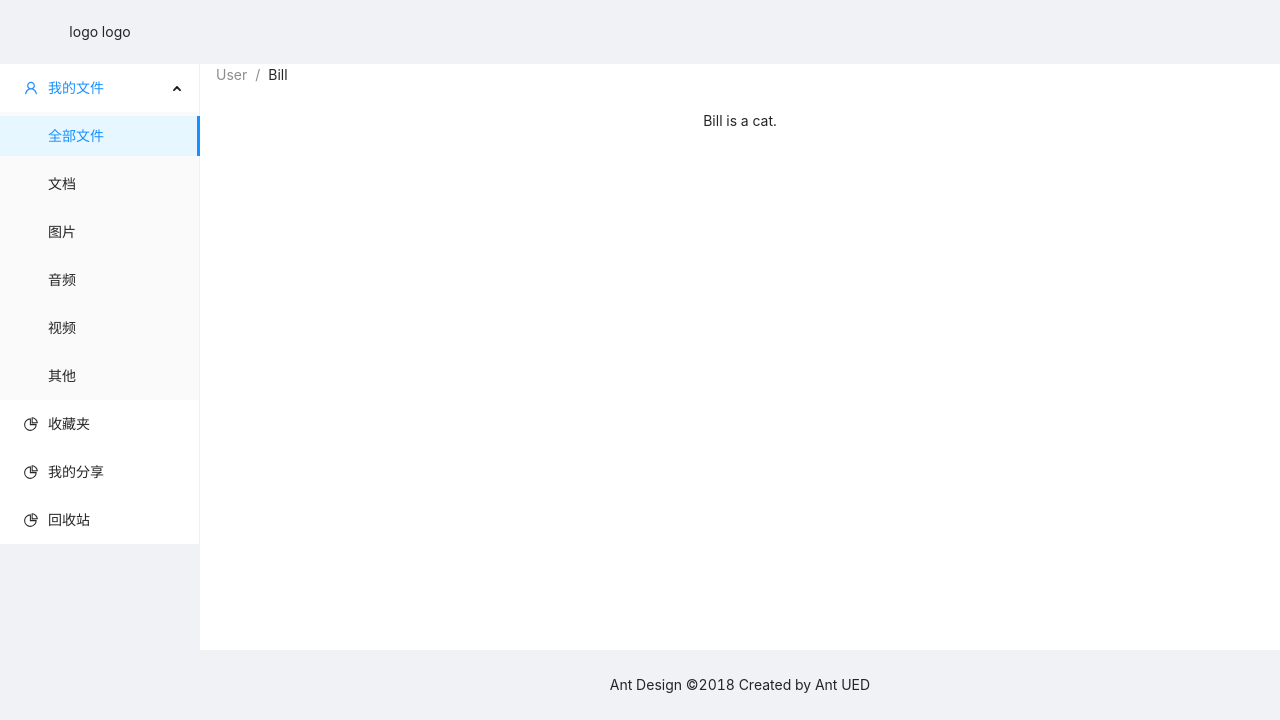
Repository: xstnet/starfire-cloud-fe
Page: /
These files come from the project's save history. The page is drawn as it stood at one moment and after the next save; the edit follows.
The browser window is 1280 px wide. The pictures show the whole page.
The project was rebuilt for these pictures with package versions that can differ from the ones it lists, and the page was loaded fresh each time. Also part of the build but not shown: craco.config.js.

Above is the page before, as saved 2021-09-12 19:12:29.

### src/index.js
import React from 'react';
import ReactDOM from 'react-dom';
import './index.css';
import App from './App';
import reportWebVitals from './reportWebVitals';

// ReactDOM.render(
//   <React.StrictMode>
//     <App />
//   </React.StrictMode>,
//   document.getElementById('root')
// );

ReactDOM.render(
  <App />,
  document.getElementById('root')
);

// If you want to start measuring performance in your app, pass a function
// to log results (for example: reportWebVitals(console.log))
// or send to an analytics endpoint. Learn more: https://bit.ly/CRA-vitals
reportWebVitals();

### src/App.js
import React from 'react';
// import { Button } from 'antd';
import './App.css';
import MainLayout from './page/layout/main'

const App = () => (
  <div className="App">
    <MainLayout></MainLayout>
  </div>
);

export default App;

### src/page/layout/main.jsx
import React from 'react';
import { Layout, Menu, Breadcrumb } from 'antd';
import {
  PieChartOutlined,
  UserOutlined,
} from '@ant-design/icons';
import './main.less';

const { Header, Content, Footer, Sider } = Layout;
const { SubMenu } = Menu;

class MainLayout extends React.Component {
  state = {
    collapsed: false,
  };


  render() {
    const { collapsed } = this.state;
    return (
      <Layout className="main" style={{ minHeight: '100vh' }}>
        <Sider className="side-left" theme="light" >
          <div className="logo">
              logo logo
          </div>
          <Menu defaultSelectedKeys={['all']} defaultOpenKeys={["my-file"]} mode="inline">
            <SubMenu key="my-file" icon={<UserOutlined />} title="我的文件">
              <Menu.Item key="all">全部文件</Menu.Item>
              <Menu.Item key="doc">文档</Menu.Item>
              <Menu.Item key="imgage">图片</Menu.Item>
              <Menu.Item key="audio">音频</Menu.Item>
              <Menu.Item key="video">视频</Menu.Item>
              <Menu.Item key="other">其他</Menu.Item>
            </SubMenu>
            <Menu.Item key="favorite" icon={<PieChartOutlined />}>
              收藏夹
            </Menu.Item>
            <Menu.Item key="share" icon={<PieChartOutlined />}>
              我的分享
            </Menu.Item>
            <Menu.Item key="recycle" icon={<PieChartOutlined />}>
              回收站
            </Menu.Item>
          </Menu>
        </Sider>
        <Layout className="side-right">
          <Header className="header"/>
          <Breadcrumb className="bread-crumb">
              <Breadcrumb.Item>User</Breadcrumb.Item>
              <Breadcrumb.Item>Bill</Breadcrumb.Item>
          </Breadcrumb>
          <Content className="content">
            <div  style={{ padding: 24, minHeight: 360 }}>
              Bill is a cat.
            </div>
          </Content>
          <Footer style={{ textAlign: 'center' }}>Ant Design ©2018 Created by Ant UED</Footer>
        </Layout>
      </Layout>
    );
  }
}

export default MainLayout;

### src/page/layout/main.less
@sideColor : #f0f2f5;


  .main {
    .side-left {
      background: @sideColor;

      .logo {
        height: 64px;
        line-height: 64px;
        text-align: center;
      }
    }

    .side-right {
      background-color: white;

      .header {
        background: @sideColor;
        padding: 0;
      }

      .content {
        margin: 0 16px;
      }

      .bread-crumb {
        margin: 0 16px;
      }
    }
  }

Loaded but not shown: public/index.html (common file); src/index.css (common file); src/reportWebVitals.js (common file); src/App.css (common file)

After the next save:
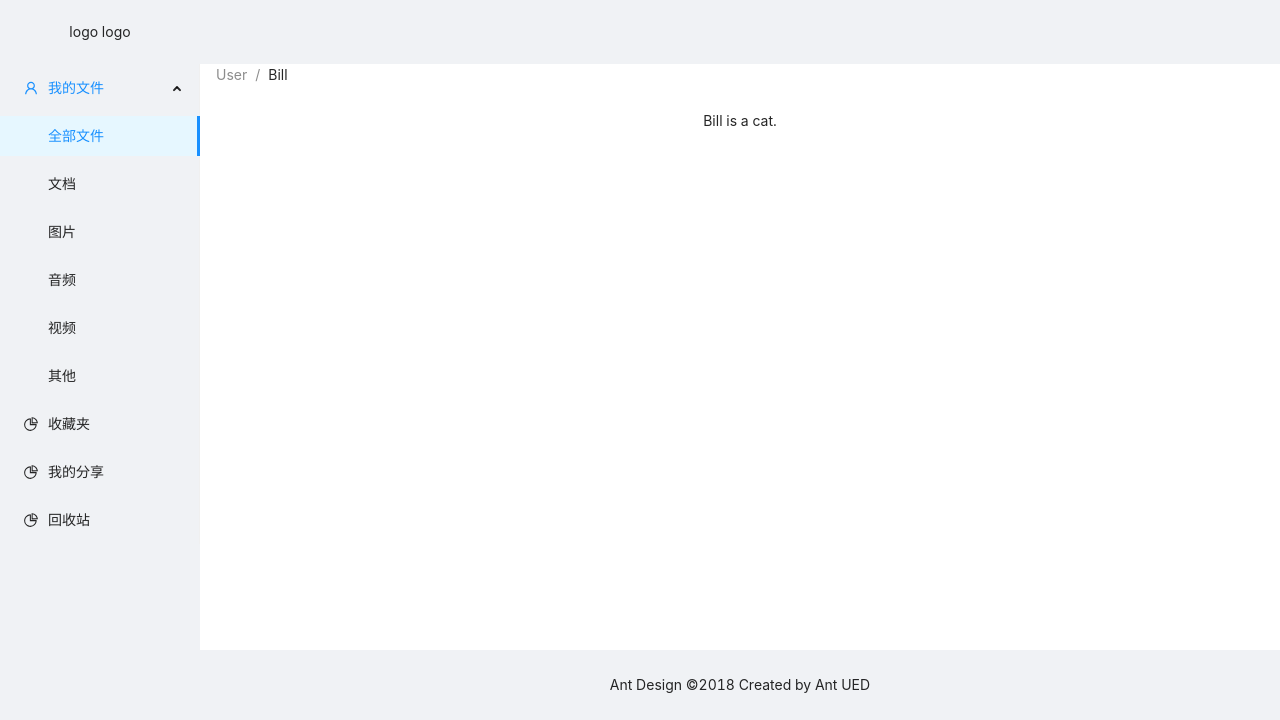
Saved 9 min 7 s later.
--- a/src/page/layout/main.less
+++ b/src/page/layout/main.less
@@ -9,6 +9,10 @@
         height: 64px;
         line-height: 64px;
         text-align: center;
+      }
+
+      .ant-menu {
+        background-color: @sideColor;
       }
     }
 
